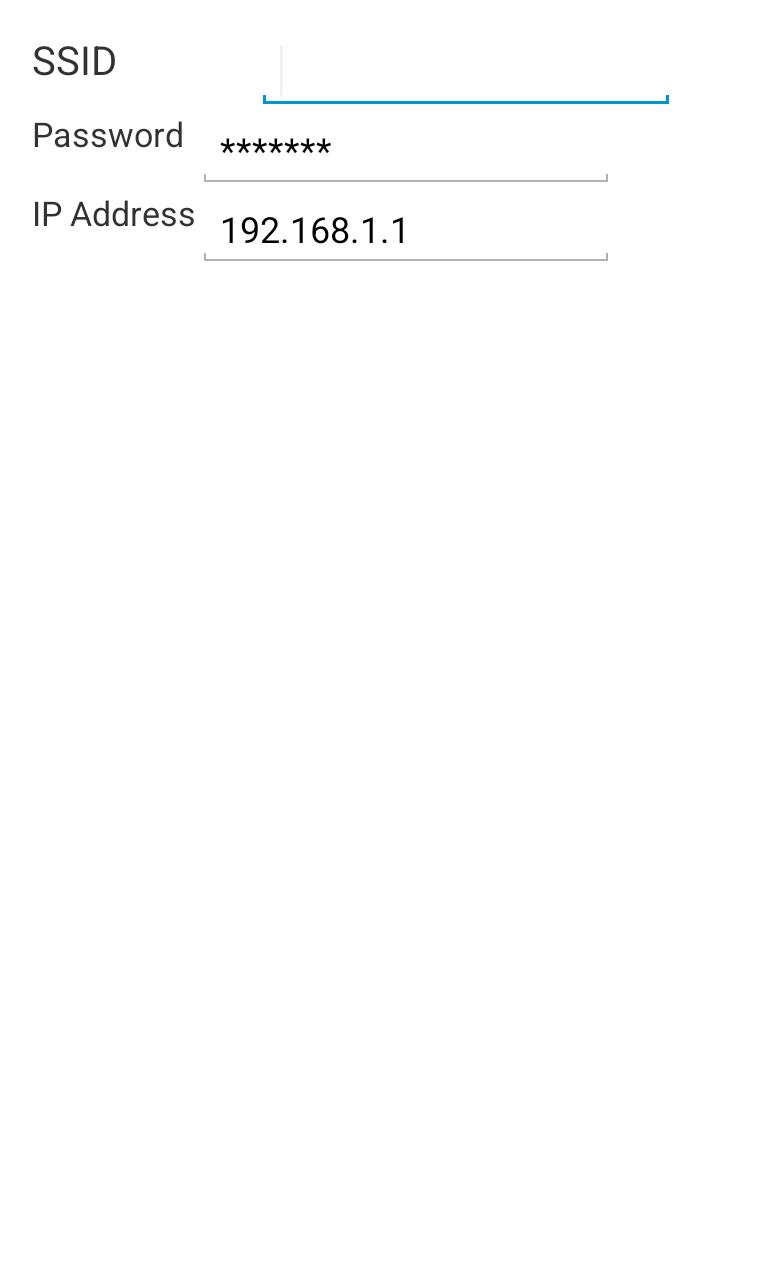
Repository: Maveriick/cs577a
Layout: Mobile-ControlledLighting/res/layout/activity_configure_gateway.xml
An editor plug-in stored every save of this project. The layout is shown before and after the next save, followed by the edit.
It is drawn on a 768 x 1280 px phone screen (xhdpi) without system bars, with theme AppTheme; the app's code is not run.

Above is the layout before, as saved 2014-10-05 00:54:29.

### Mobile-ControlledLighting/res/layout/activity_configure_gateway.xml
<RelativeLayout xmlns:android="http://schemas.android.com/apk/res/android"
    xmlns:tools="http://schemas.android.com/tools"
    android:layout_width="match_parent"
    android:layout_height="match_parent"
    android:paddingBottom="@dimen/activity_vertical_margin"
    android:paddingLeft="@dimen/activity_horizontal_margin"
    android:paddingRight="@dimen/activity_horizontal_margin"
    android:paddingTop="@dimen/activity_vertical_margin"
    tools:context="com.advanchip.mobile_controlledlighting.ConfigureGateway" >

    <GridLayout
        android:layout_width="wrap_content"
        android:layout_height="wrap_content"
        android:layout_alignParentBottom="true"
        android:layout_alignParentLeft="true"
        android:layout_alignParentRight="true"
        android:layout_alignParentTop="true"
        android:columnCount="2"
        android:rowCount="6" >

        <TextView
            android:id="@+id/textView1"
            android:layout_width="48dp"
            android:layout_height="36dp"
            android:layout_column="0"
            android:layout_gravity="left|top"
            android:layout_row="0"
            android:text="SSID"
            android:textSize="20sp" />

        <EditText
            android:id="@+id/editText1"
            android:layout_column="1"
            android:layout_gravity="center_horizontal|top"
            android:layout_row="0"
            android:ems="10" >

            <requestFocus />
        </EditText>

        <TextView
            android:id="@+id/textView2"
            android:layout_width="wrap_content"
            android:layout_height="wrap_content"
            android:layout_column="0"
            android:layout_gravity="left|top"
            android:layout_row="3"
            android:text="Password"
            android:textSize="17sp" />

        <EditText
            android:id="@+id/editText2"
            android:layout_column="1"
            android:layout_gravity="left|top"
            android:layout_row="3"
            android:ems="10"
            android:text="*******" />

        <TextView
            android:id="@+id/textView3"
            android:layout_width="wrap_content"
            android:layout_column="0"
            android:layout_gravity="left|top"
            android:layout_row="5"
            android:text="IP Address"
            android:textSize="17sp" />

        <EditText
            android:id="@+id/editText3"
            android:layout_column="1"
            android:layout_gravity="left|top"
            android:layout_row="5"
            android:ems="10"
            android:text="192.168.1.1" />

    </GridLayout>

</RelativeLayout>

Loaded but not shown: Mobile-ControlledLighting/res/values/styles.xml (common file); Mobile-ControlledLighting/res/values-v11/styles.xml (common file); Mobile-ControlledLighting/res/values-v14/styles.xml (common file); Mobile-ControlledLighting/res/values/dimens.xml (common file); Mobile-ControlledLighting/res/values-w820dp/dimens.xml (common file)

After the next save:
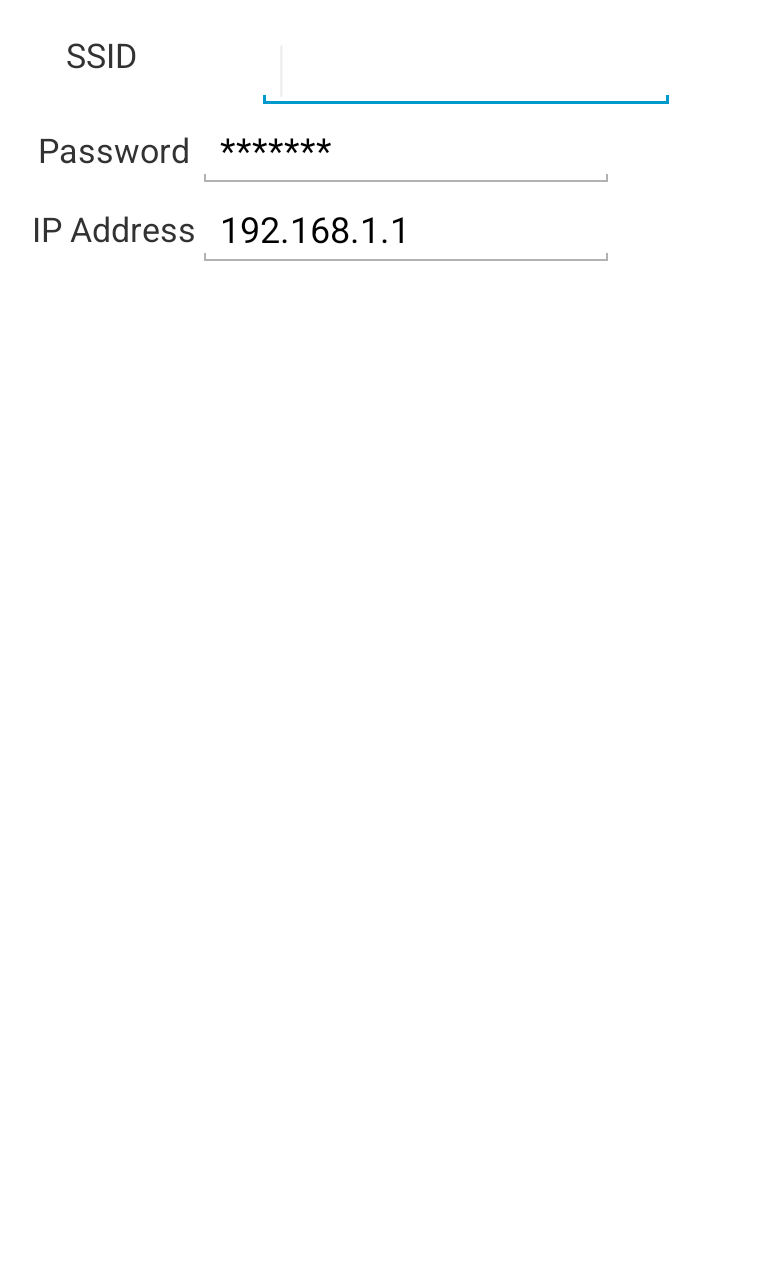
Saved 20 s later.
--- a/Mobile-ControlledLighting/res/layout/activity_configure_gateway.xml
+++ b/Mobile-ControlledLighting/res/layout/activity_configure_gateway.xml
@@ -16,17 +16,7 @@
         android:layout_alignParentRight="true"
         android:layout_alignParentTop="true"
         android:columnCount="2"
-        android:rowCount="6" >
-
-        <TextView
-            android:id="@+id/textView1"
-            android:layout_width="48dp"
-            android:layout_height="36dp"
-            android:layout_column="0"
-            android:layout_gravity="left|top"
-            android:layout_row="0"
-            android:text="SSID"
-            android:textSize="20sp" />
+        android:rowCount="8" >
 
         <EditText
             android:id="@+id/editText1"
@@ -38,16 +28,6 @@
             <requestFocus />
         </EditText>
 
-        <TextView
-            android:id="@+id/textView2"
-            android:layout_width="wrap_content"
-            android:layout_height="wrap_content"
-            android:layout_column="0"
-            android:layout_gravity="left|top"
-            android:layout_row="3"
-            android:text="Password"
-            android:textSize="17sp" />
-
         <EditText
             android:id="@+id/editText2"
             android:layout_column="1"
@@ -56,22 +36,43 @@
             android:ems="10"
             android:text="*******" />
 
-        <TextView
-            android:id="@+id/textView3"
-            android:layout_width="wrap_content"
-            android:layout_column="0"
-            android:layout_gravity="left|top"
-            android:layout_row="5"
-            android:text="IP Address"
-            android:textSize="17sp" />
-
         <EditText
             android:id="@+id/editText3"
             android:layout_column="1"
             android:layout_gravity="left|top"
-            android:layout_row="5"
+            android:layout_row="4"
             android:ems="10"
             android:text="192.168.1.1" />
+
+        <TextView
+            android:id="@+id/textView3"
+            android:layout_width="wrap_content"
+            android:layout_height="wrap_content"
+            android:layout_column="0"
+            android:layout_gravity="left|center_vertical"
+            android:layout_row="4"
+            android:text="IP Address"
+            android:textSize="17sp" />
+
+        <TextView
+            android:id="@+id/textView2"
+            android:layout_width="wrap_content"
+            android:layout_height="wrap_content"
+            android:layout_column="0"
+            android:layout_gravity="center"
+            android:layout_row="3"
+            android:text="Password"
+            android:textSize="17sp" />
+
+        <TextView
+            android:id="@+id/textView1"
+            android:layout_width="48dp"
+            android:layout_height="36dp"
+            android:layout_column="0"
+            android:layout_gravity="center_horizontal|top"
+            android:layout_row="0"
+            android:text="SSID"
+            android:textSize="17sp" />
 
     </GridLayout>
 
